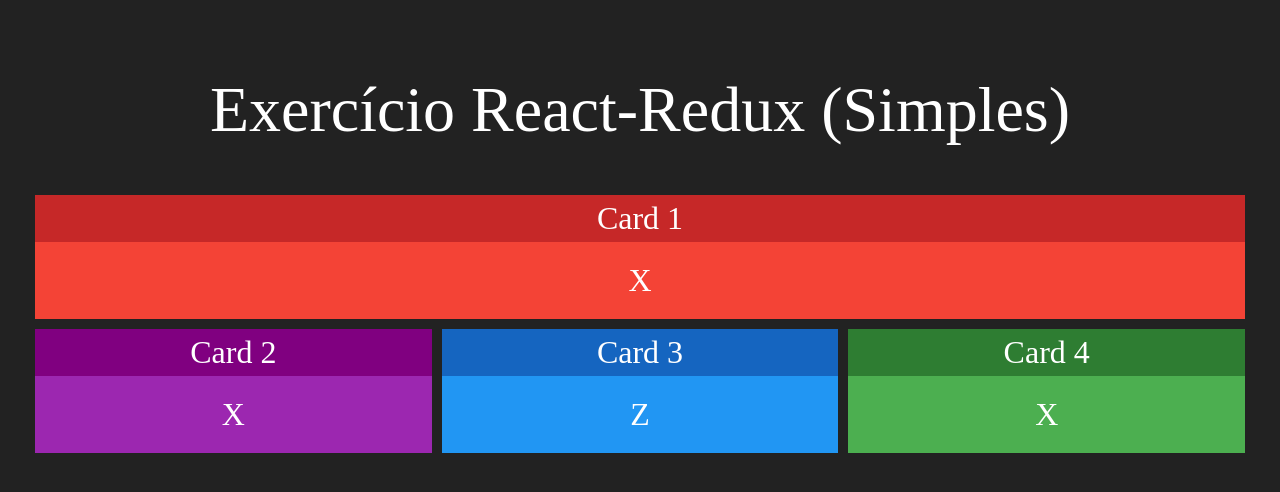
Repository: eversonps/redux-simples
Page: /
These files come from the project's save history. The page is drawn as it stood at one moment and after the next save; the edit follows.
The browser window is 1280 px wide. The pictures show the whole page.
The project was rebuilt for these pictures with package versions that can differ from the ones it lists, and the page was loaded fresh each time. Also part of the build but not shown: src/components/Intervalo.css.

Above is the page before, as saved 2022-03-11 12:53:06.

### src/index.css
body{
  background-color: #222;
  font-size: 2rem;
  color: #fff;
  margin: 30px;
}

### src/App.js
import logo from './logo.svg';
import './App.css';
import Card from './components/Card';
import Intervalo from './components/Intervalo';

function App() {
  return (
    <div className="App">
      <h1>Exercício React-Redux (Simples)</h1>
      <div className='linha'>
        <Card title="Card 1" red>X</Card>
      </div>
      <div className='linha'>
        <Card title="Card 2" purple>X</Card>
        <Card title="Card 3" blue>Z</Card>
        <Card title="Card 4" green>X</Card>
      </div>
    </div>
  );
}

export default App;

### src/App.css
.App{
  display: flex;
  flex-direction: column;
  text-align: center;
}

h1{
  font-weight: 200;
}

.linha{
  display: flex;
}

### src/components/Card.jsx
import "./Card.css"
import React from "react"

function getColor(props){
    if(props.red) return "Red"
    if(props.green) return "Green"
    if(props.blue) return "Blue"
    if(props.purple) return "Purple"
    return ""
}

export default props => (
    <div className={`Card ${getColor(props)}`}>
        <div className="Header">
            <span className="Title">{props.title}</span>
        </div>
        <div className="Content">
            {props.children}
        </div>
    </div>
)

### src/components/Card.css
.Card{
    flex: 1;
    display: flex;
    flex-direction: column;
    margin: 5px;
}

.Card .Header{
    display: flex;
    justify-content: center;
}

.Card .Header .Title{
    flex: 1;
    padding: 5px;
}

.Card .Content{
    padding: 20px;
}

.Card.Red .Header{ color: #FFF; background-color: #c62828;}
.Card.Red .Content{background-color: #f44336;}

.Card.Green .Header{ color: #FFF; background-color: #2e7d32;}
.Card.Green .Content{background-color: #4caf50;}

.Card.Blue .Header{ color: #FFF; background-color: #1565c0;}
.Card.Blue .Content{background-color: #2196f3;}

.Card.Purple .Header{ color: #FFF; background-color: purple;}
.Card.Purple .Content{background-color: #9c27b0;}

### src/components/Intervalo.jsx
import "./Intervalo.css"
import React from "react"
import Card from "./Card"

export default props => {
    return (
        <Card title="Intervalo de Numeros">
            <span>
                <strong>Minimo</strong>
                <input type="number" value={0} readOnly/>
            </span>

            <span>
                <strong>Máximo</strong>
                <input type="number" value={10}/>
            </span>
        </Card>
    )
}

Loaded but not shown: public/index.html (common file); src/index.js (common file); src/reportWebVitals.js (common file)

After the next save:
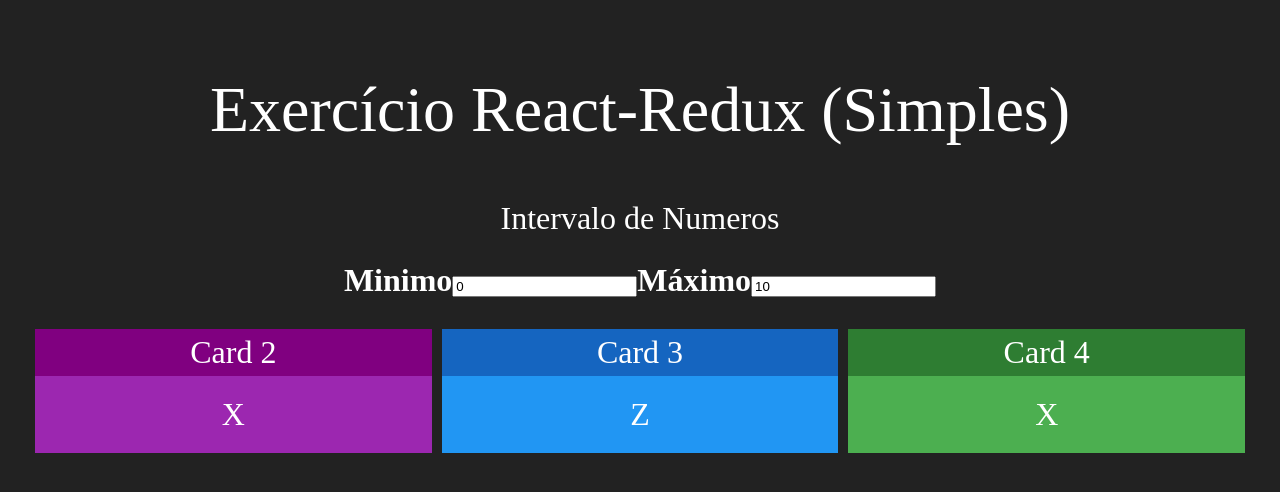
Saved 28 s later.
--- a/src/App.js
+++ b/src/App.js
@@ -8,7 +8,7 @@ function App() {
     <div className="App">
       <h1>Exercício React-Redux (Simples)</h1>
       <div className='linha'>
-        <Card title="Card 1" red>X</Card>
+        <Intervalo title="Card 1" red>X</Intervalo>
       </div>
       <div className='linha'>
         <Card title="Card 2" purple>X</Card>
